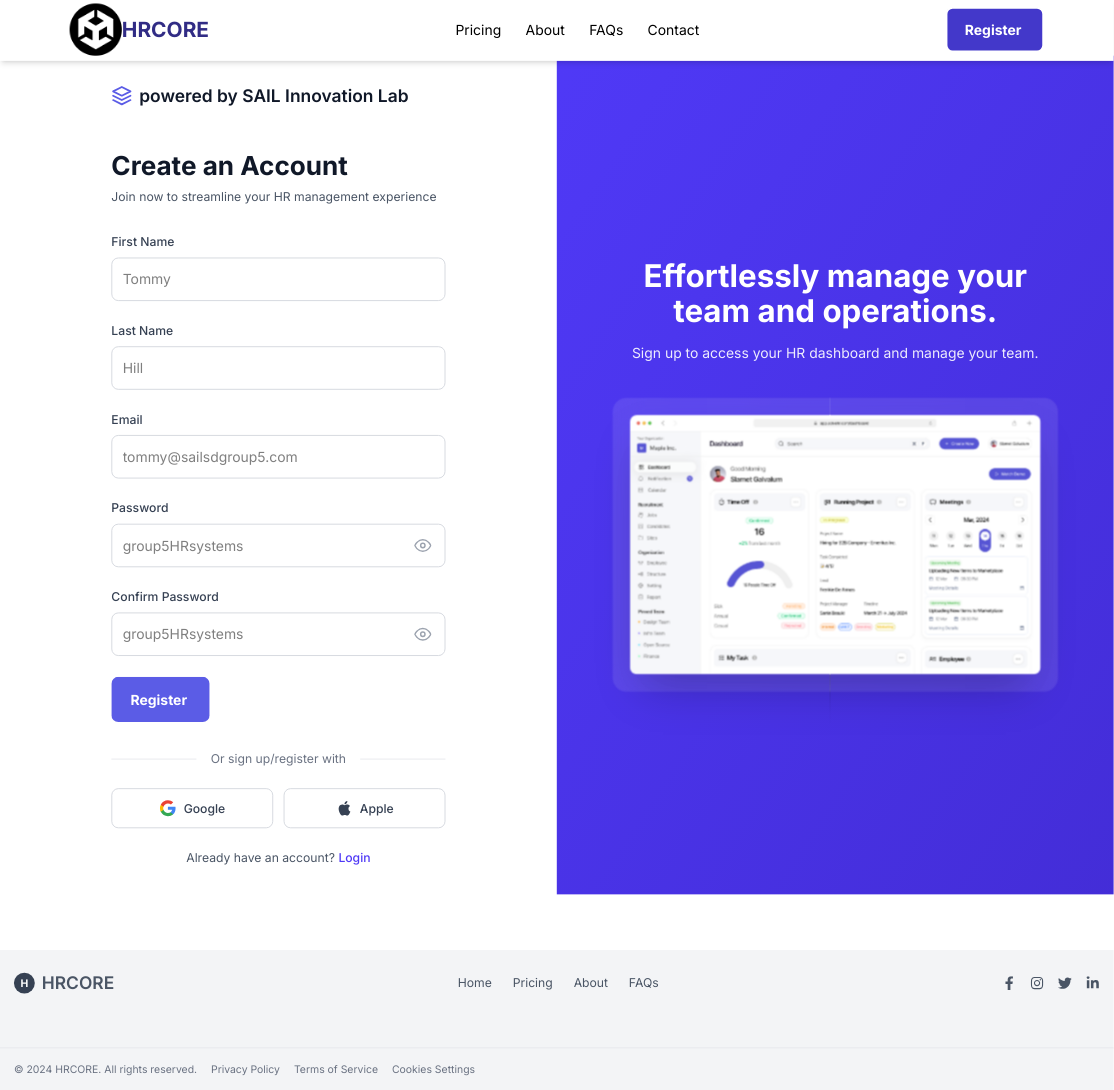
Repository: SAIL-GROUP-5-HR-WEB-APP/HR-WEB
Page: /signup
The author's editor kept a copy of each file at every save. The page is drawn from the files as they stood at one save, then again after a run of saves.
The browser window is 1280 px wide. The pictures show the whole page, at 87% of full size.
The project was rebuilt for these pictures with package versions that can differ from the ones it lists, and the page was loaded fresh each time. Also part of the build but not shown: vite.config.ts, src/Components/Block/home/Hero.tsx, src/Components/Block/home/Companies.tsx, src/Components/Block/home/Body.tsx, src/Components/Block/home/HowItWorks.tsx, src/Components/Block/home/HowOne.tsx, src/Components/Block/home/HowTwo.tsx, src/Components/Block/home/Testimonial.tsx and 8 more.

Above is the page before, as saved 2025-08-11 09:19:16.

After the next 9 saves:
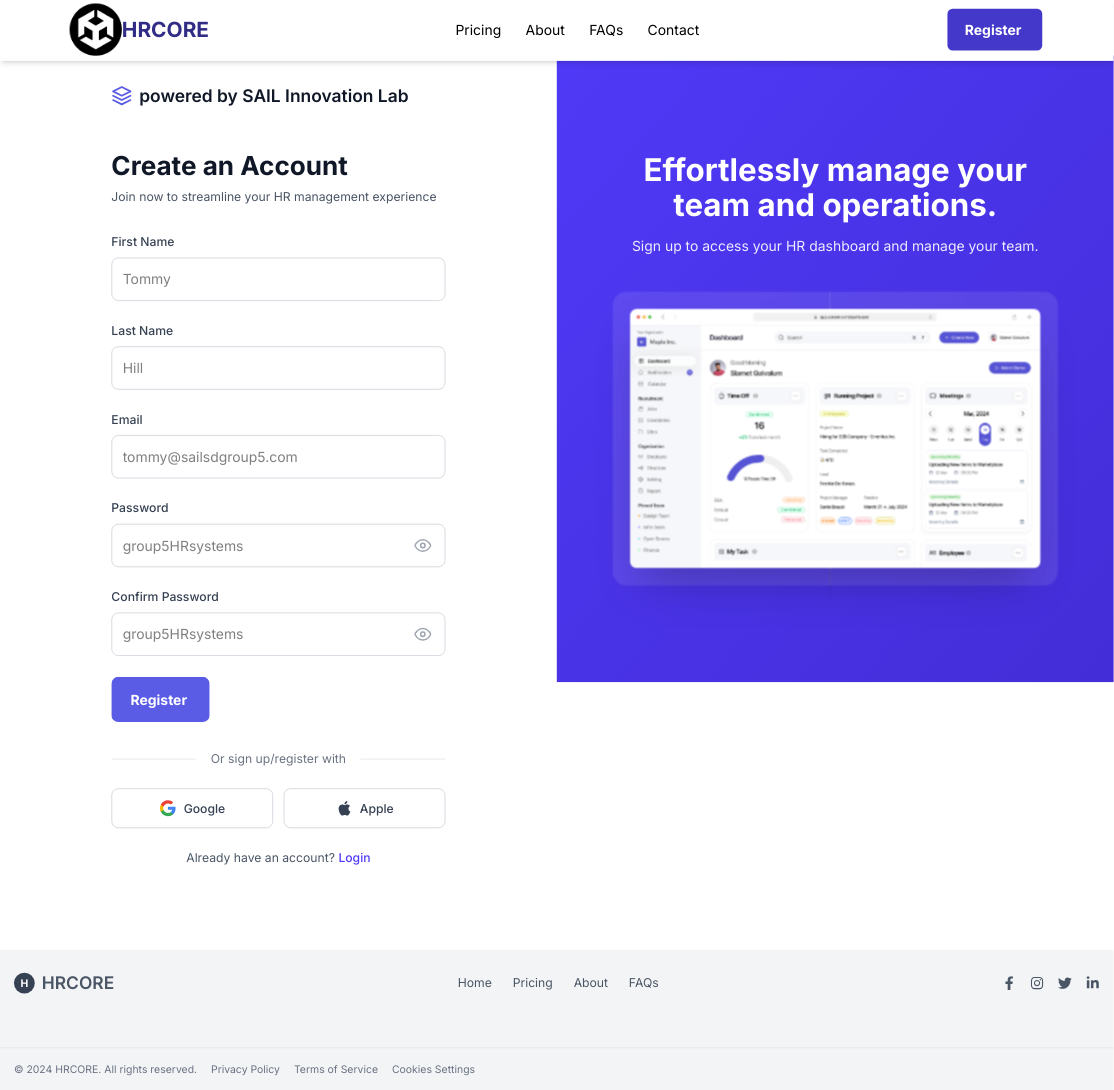
The 9 saves are shown as one change because they came seconds apart.
The last was saved 68 s later.
--- a/src/Pages/SignupPage.tsx
+++ b/src/Pages/SignupPage.tsx
@@ -299,7 +299,7 @@
       </div>
 
       {/* Image Section */}
-      <div className="lg:w-1/2 w-full bg-gradient-to-br from-indigo-600 to-indigo-700 flex items-center justify-center p-10">
+      <div className="lg:w-1/2 w-full bg-gradient-to-br from-indigo-600 to-indigo-700 flex items-center justify-center p-10 h-full min-h-screen">
         <div className="text-center text-white max-w-lg w-full">
           <h2 className="text-3xl font-bold mb-4 lg:text-4xl">
             Effortlessly manage your team and operations.

After the 3 saves that followed:
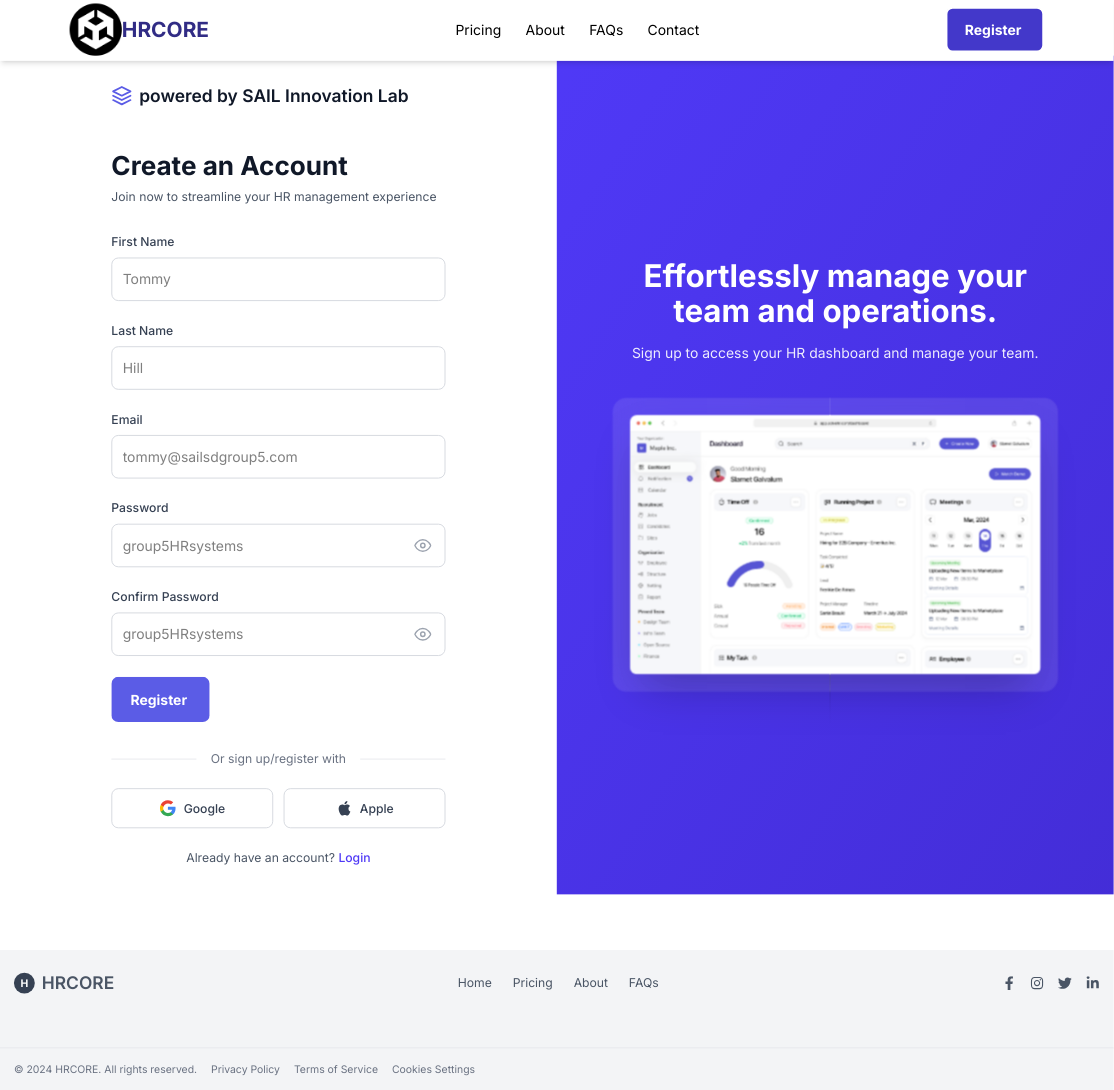
The 3 saves are shown as one change because 1 did not build or start and 1 left the picture as it was.
The last was saved 4 min 30 s later.
--- a/src/Pages/SignupPage.tsx
+++ b/src/Pages/SignupPage.tsx
@@ -299,7 +299,7 @@
       </div>
 
       {/* Image Section */}
-      <div className="lg:w-1/2 w-full bg-gradient-to-br from-indigo-600 to-indigo-700 flex items-center justify-center p-10 h-full min-h-screen">
+      <div className="lg:w-1/2 w-full bg-gradient-to-br from-indigo-600 to-indigo-700 flex items-center justify-center p-10 h- min-h-screen">
         <div className="text-center text-white max-w-lg w-full">
           <h2 className="text-3xl font-bold mb-4 lg:text-4xl">
             Effortlessly manage your team and operations.
